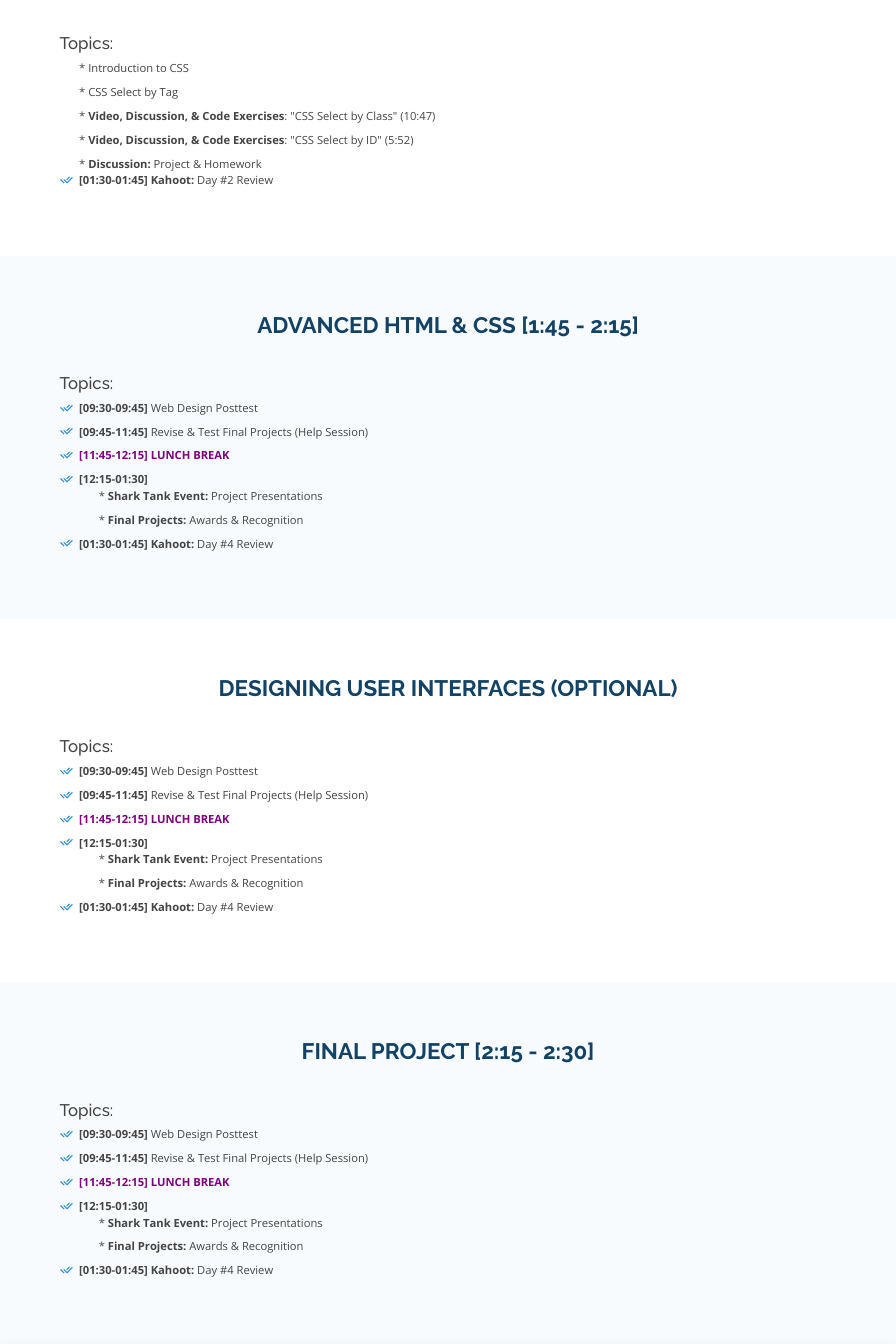
Repository: cchatmon/BMIT-Program
Page: BMIT_OnePage/index.html
The author's editor kept a record of every edit. The page is drawn from the files as they stood at one moment, then again after the next edit.
The browser window is 1280 px wide. The pictures show the part of the page from y = 1659 to 3579 px (the page is 3650 px tall before and 3626 px after), at 70% of full size.
Backgrounds fixed to the window are drawn as part of the page.

Above is the page before.

After the next edit:
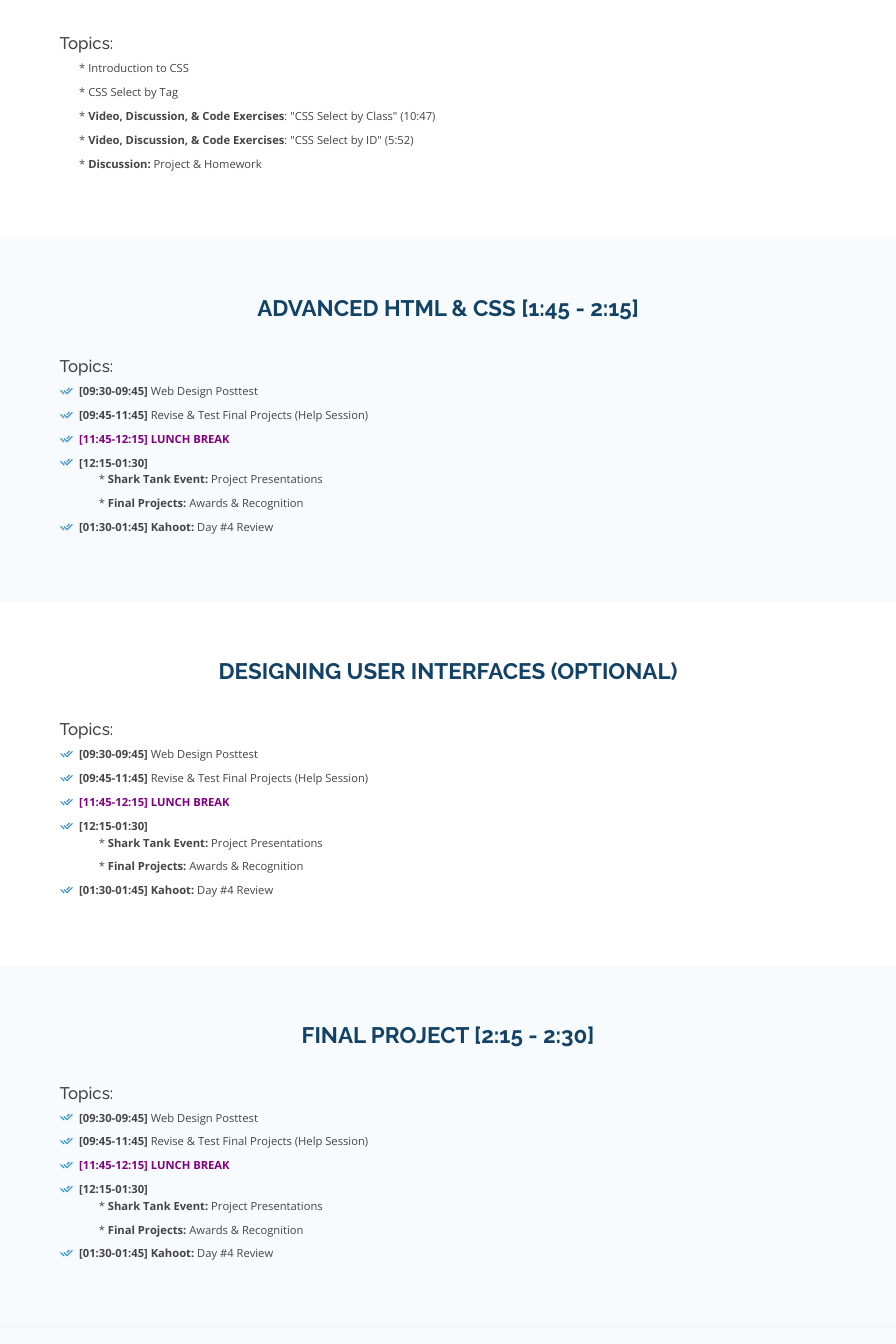
The edit:
--- a/BMIT_OnePage/index.html
+++ b/BMIT_OnePage/index.html
@@ -163,9 +163,6 @@
                     <li>* <b>Video, Discussion, & Code Exercises</b>: "CSS Select by ID" (5:52) </li>
                     <li>* <b>Discussion:</b>  Project & Homework </li>
                   </ul>
-              </li>
-                <li><i class="ri-check-double-line"></i><b>[01:30-01:45]  Kahoot:</b>   Day #2 Review
-              </li>
 
             </ul>
           </div>
